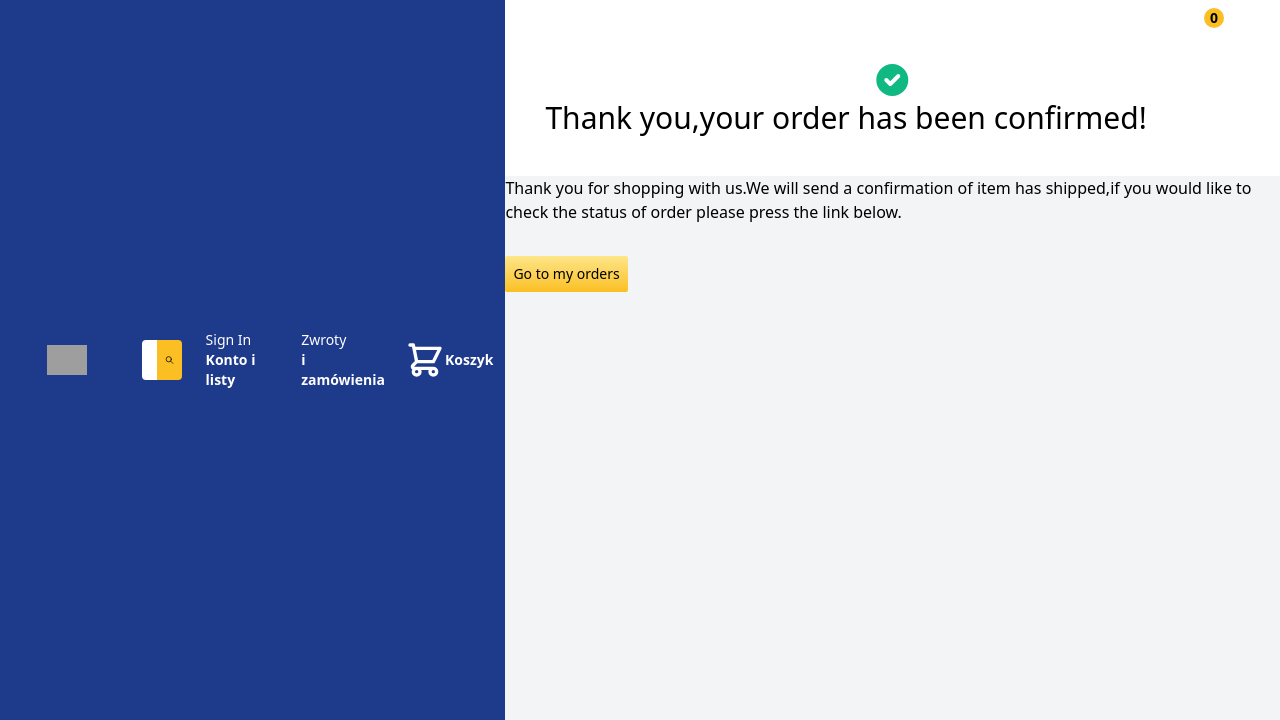
Repository: neridanek/amazon-clone-nextjs-redux-tailwind
Page: /success
An editor plug-in stored every save of this project. The page is shown before and after the next save, followed by the edit.
The browser window is 1280 px wide. The pictures show the whole page.
Pictures or frames that could not be fetched are drawn as grey boxes. The page's requests for data from a server got no answer. The project was rebuilt for these pictures with package versions that can differ from the ones it lists, and the page was loaded fresh each time. The framework's server and built-in components were replaced by stand-ins that run in the browser. No one was signed in, and anything a server would have sent is missing. Also part of the build but not shown: next.config.js.

Above is the page before, as saved 2022-02-13 21:35:04.

After the next save:
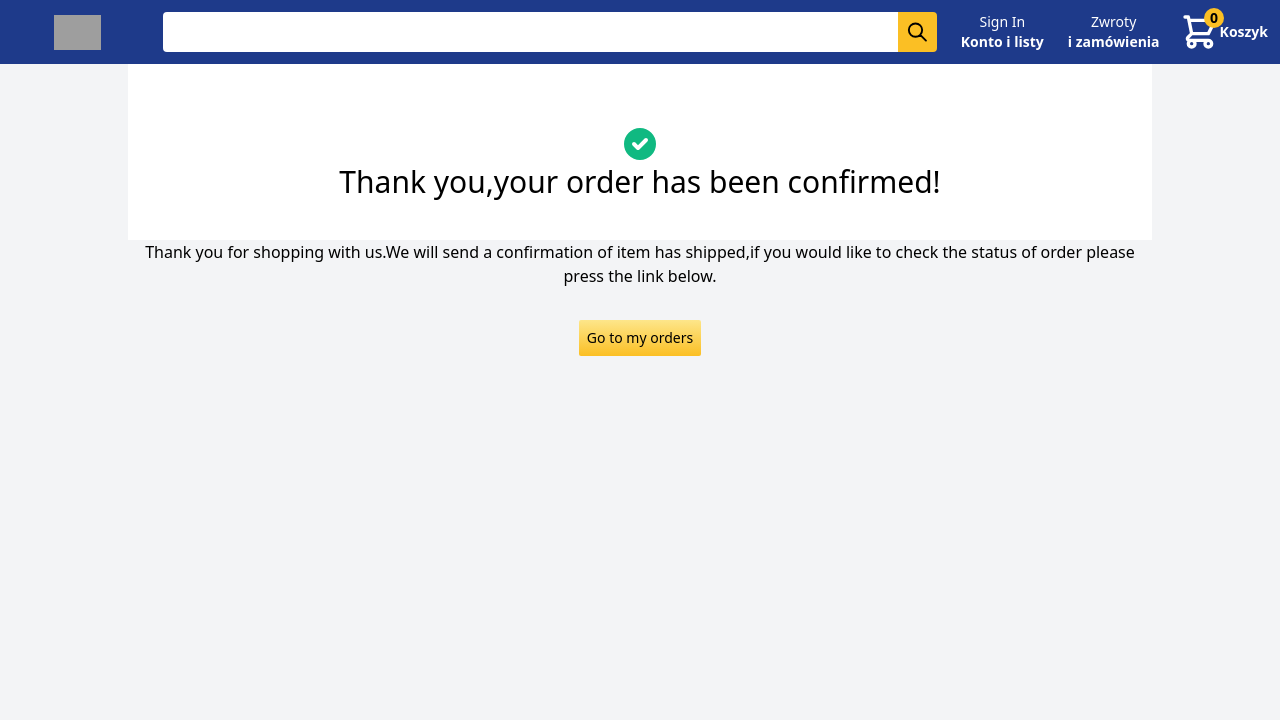
Saved 27 s later.
--- a/pages/success.js
+++ b/pages/success.js
@@ -5,7 +5,7 @@ import { CheckCircleIcon } from '@heroicons/react/solid';
 const success = () => {
   const router = useRouter();
   return (
-    <div className="bg-gray-100 h-screen flex">
+    <div className="bg-gray-100 h-screen text-center">
       <Header />
       <main className="max-w-screen-lg mx-auto">
         <div className="flex flex-col p-10 bg-white">
